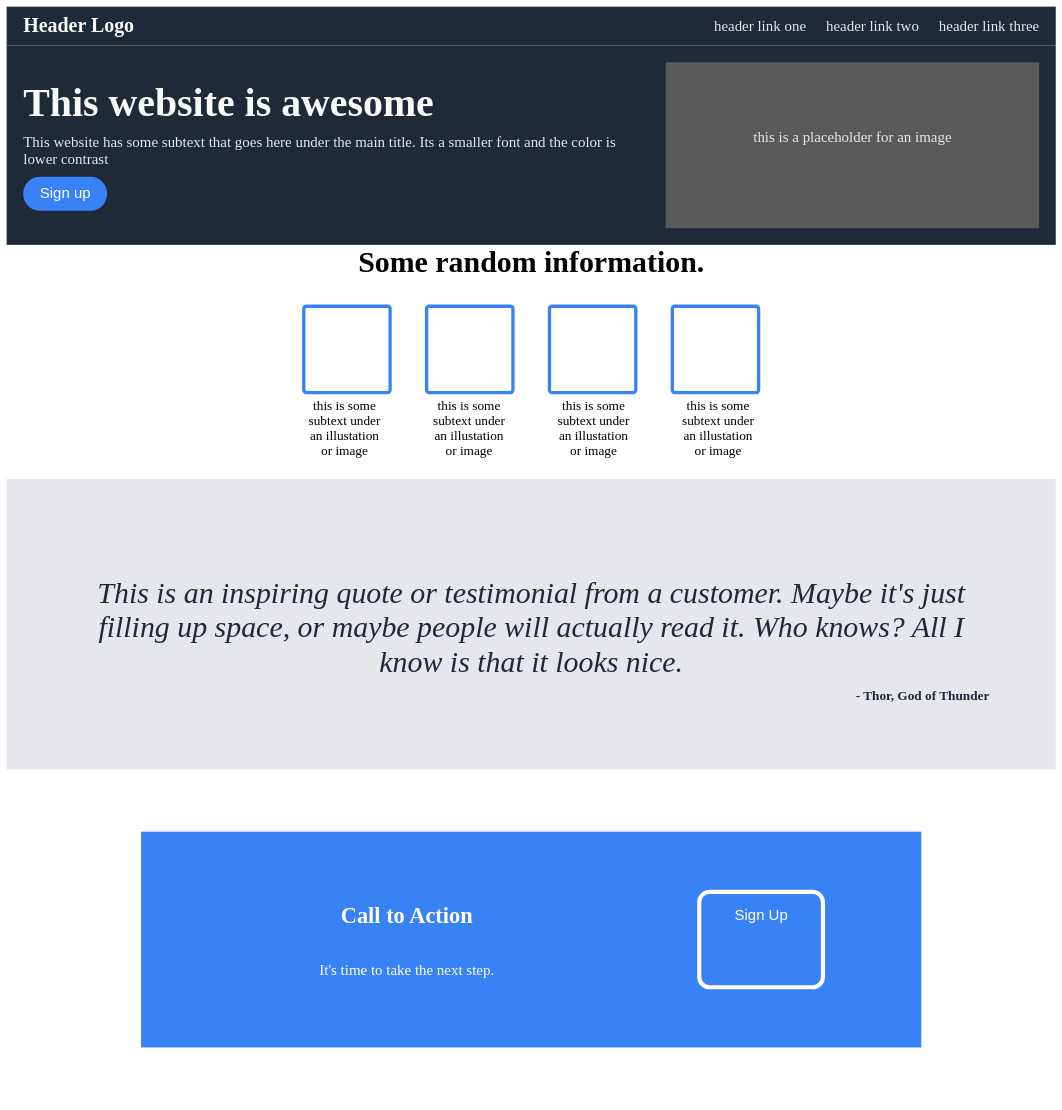
Repository: mnhardy1504/odin-recipes1
Page: flexboxlanding/index.html
These files come from the project's save history. The page is drawn as it stood at one moment and after the next save; the edit follows.
The browser window is 1280 px wide. The pictures show the whole page, at 83% of full size.

Above is the page before, as saved 2023-09-15 14:00:13.

After the next save:
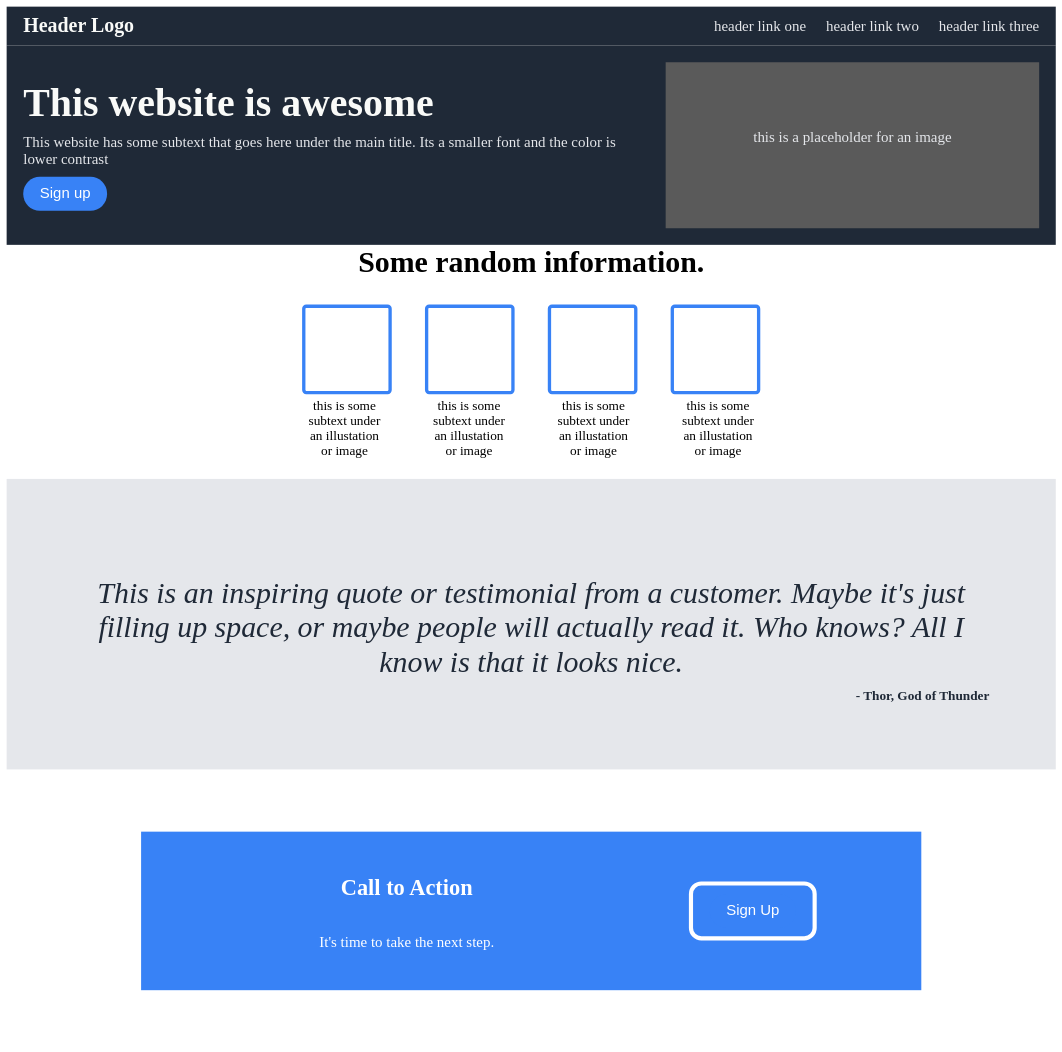
Saved 98 s later.
--- a/flexboxlanding/index.css
+++ b/flexboxlanding/index.css
@@ -153,15 +153,15 @@ h1 {
 .call-to-action-button {
     background-color: #3882F6; /* Blue background for the button */
     color: white;
-    padding: 5px 20px; /* Adjust top/bottom and left/right padding */
+    padding: 10px 20px; /* Adjust padding if needed */
     border: 5px solid white; /* Set border style and color */
     border-radius: 15px;
     font-size: 18px;
     cursor: pointer;
-    height: 100px;
-    margin:50px;
-    m
+    height: 100; /* Adjust the height to your preference */
+    margin: 40px;
 }
+
 
 /* Add hover effect to the button */
 .call-to-action-content button:hover {
